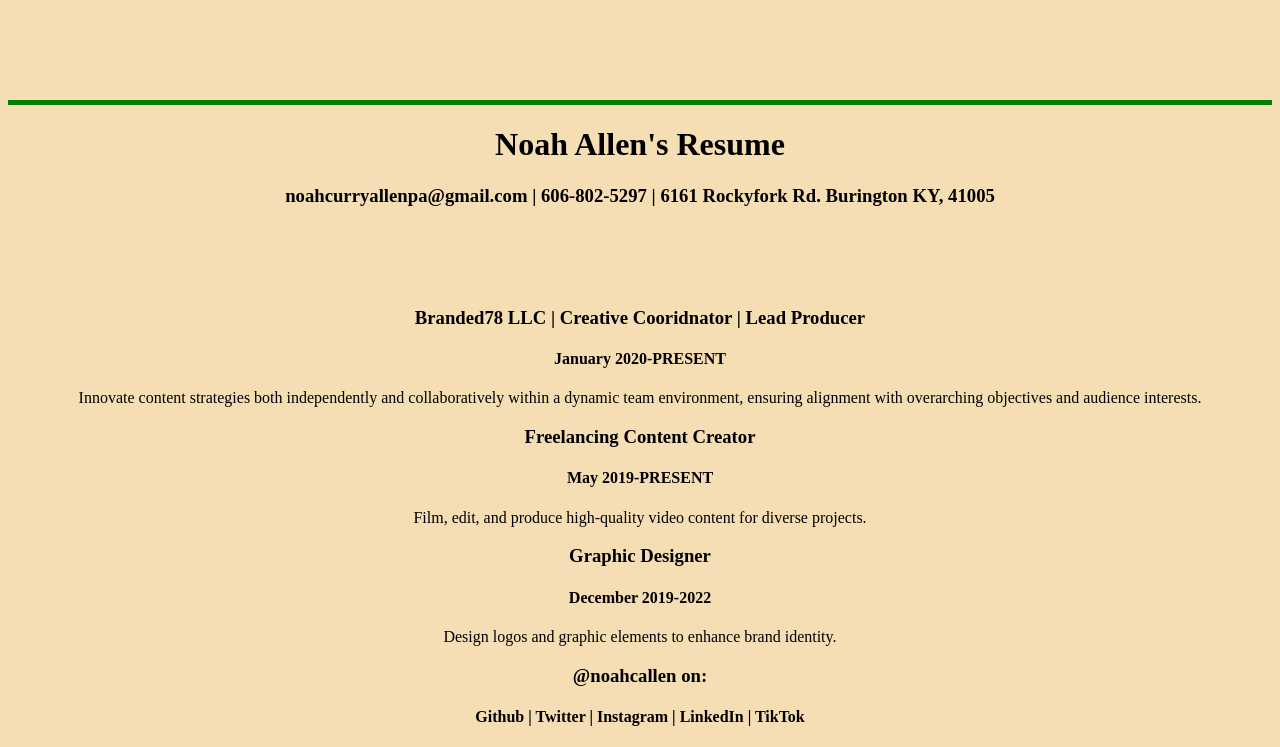
Repository: noahcallen/LAB-HTML-Resume
Page: index.html
An editor plug-in stored every save of this project. The page is shown before and after the next save, followed by the edit.
The browser window is 1280 px wide. The pictures show the whole page.

Above is the page before, as saved 2024-07-08 21:45:26.

After the next save:
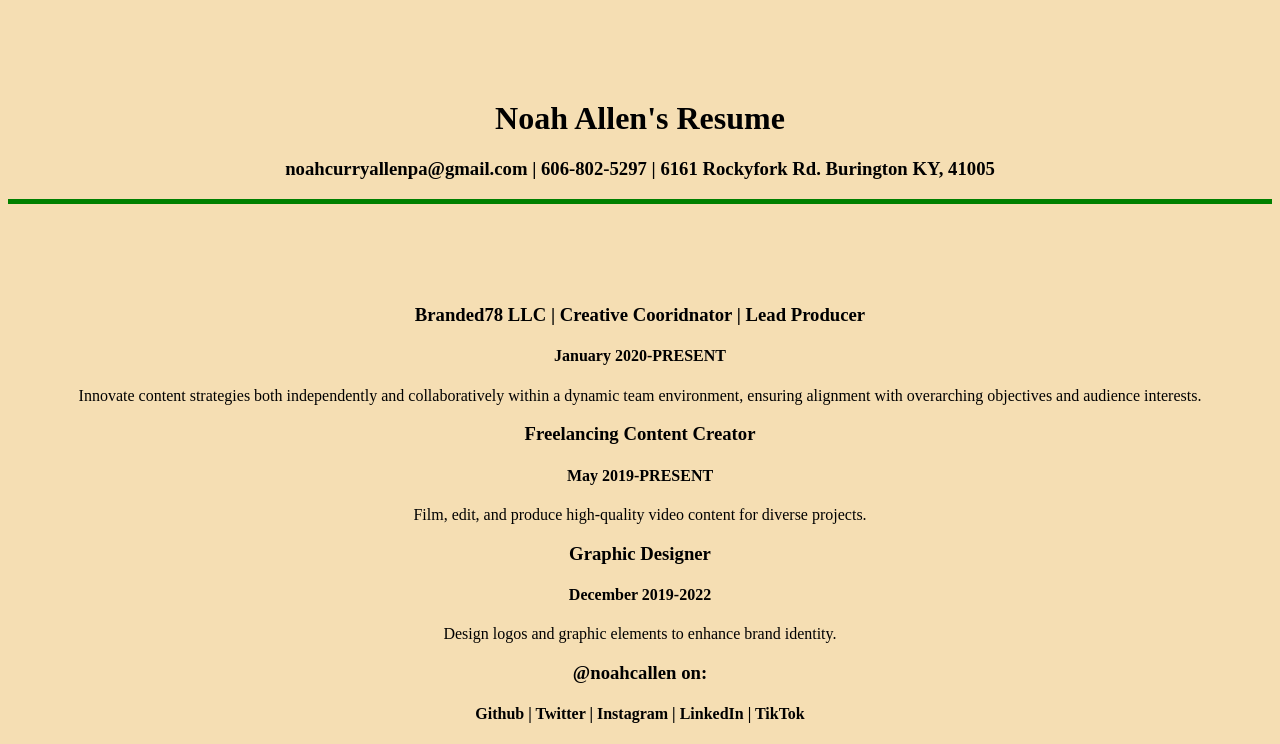
Saved 17 s later.
--- a/main.css
+++ b/main.css
@@ -5,5 +5,5 @@
 
 .HEADER {
   margin: 100px 0px 100px 0px;
-  border-top: solid 5px green;
+  border-bottom: solid 5px green;
 }
